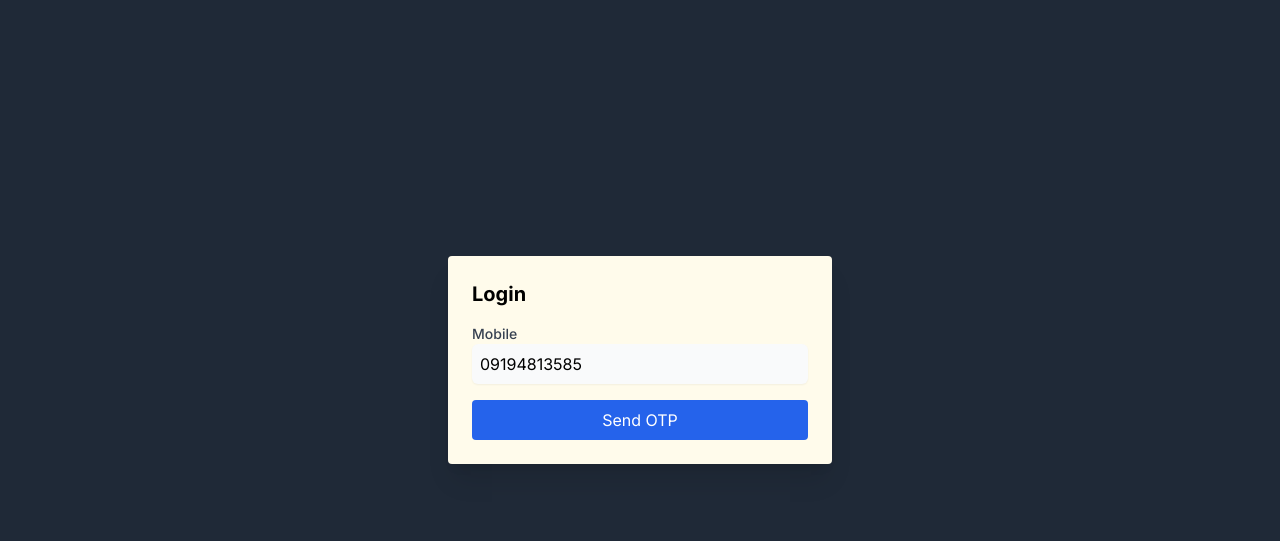
Repository: MaramMaryam/jedu
Page: /otp-login
These files come from the project's save history. The page is drawn as it stood at one moment and after the next save; the edit follows.
The browser window is 1280 px wide. The pictures show the whole page.
The project was rebuilt for these pictures with package versions that can differ from the ones it lists, and the page was loaded fresh each time. The framework's server and built-in components were replaced by stand-ins that run in the browser. Also part of the build but not shown: next.config.mjs.

Above is the page before, as saved 2024-09-01 13:18:10.

### src/app/otp-login/page.tsx
// 'use client'
// import React from "react";
// import { Formik, Form } from 'formik';
// import { TextInputBox } from '../components/forms/TextInputBox';
// import { loginOtpSchema } from "./validation";
// import { useRouter } from "next/navigation";
// import { Routes } from "../utils/endPoinrs";


// interface otp {
//   mobile: string,
// }
// export default function LoginOtp() {

//    const initVal: otp = { mobile: '09199999999' }
//    const router = useRouter();
//    const handleNavigation = (value:otp) => {
//     router.push(Routes.posts.POSTS); // Navigate to the About page
//     console.log(value)
//   };
//   return (
//     <div className="flex items-center justify-center min-h-screen bg-gray-800">
//         <Formik  initialValues={initVal}
//       validationSchema={loginOtpSchema}
//       onSubmit={handleNavigation}>
// {() => (
//         <Form className="bg-amber-50 p-6 rounded shadow-xl w-96">
//           <h1 className="text-xl font-bold mb-4">Login</h1>
//           <TextInputBox label="Mobile" name="mobile" type="text" placeholder="Enter your Mobile" />
//           <button type="submit" className="w-full bg-blue-600 text-white p-2 rounded hover:bg-blue-700">
//             Login
//           </button>
//         </Form>
//       )}
//         </Formik>

//   </div>
//   );
// }




















// pages/loginOtp.js
'use client';

import React, { useState } from "react";
import { Formik, Form } from 'formik';
import { TextInputBox } from '../components/forms/TextInputBox'; // Ensure this component exists
import { loginOtpSchema } from "./validation"; // Ensure this schema is defined
import { useRouter } from "next/navigation";
import { Routes } from "../utils/endPoinrs";
// Ensure this is the correct path

interface Otp {
  mobile: string;
}

export default function LoginOtp() {
  const [otpSent, setOtpSent] = useState();
  const [otp, setOtp] = useState('');
  const [generatedOtp, setGeneratedOtp] = useState('');
  const router = useRouter();

  const initVal: Otp = { mobile: '09194813585' };

  const handleSendOtp = (values: Otp) => {
    // Simulate OTP generation and sending
    console.log(values)
    const newOtp = Math.floor(100000 + Math.random() * 900000).toString(); // Generate a random 6-digit OTP
    setGeneratedOtp(newOtp);
    console.log(`OTP sent to ${values.mobile}: ${newOtp}`); // Simulate sending OTP
    setOtpSent(true);
  };

  const handleVerifyOtp = () => {
    // Simulate OTP verification
    if (otp === generatedOtp) {
      console.log("OTP verified successfully");
      // router.push(Routes.posts.POSTS); // Navigate to the posts page
    } else {
      console.error("Invalid OTP");
      alert("Invalid OTP. Please try again.");
    }
  };

  return (
    <div className="flex items-center justify-center min-h-screen bg-gray-800">
      <Formik
        initialValues={initVal}
        validationSchema={loginOtpSchema}
        onSubmit={otpSent ? handleVerifyOtp : handleSendOtp}
      >
        {() => (
          <Form className="bg-amber-50 p-6 rounded shadow-xl w-96">
            <h1 className="text-xl font-bold mb-4">Login</h1>
            <TextInputBox
              label="Mobile"
              name="mobile"
              type="text"
              placeholder="Enter your Mobile"
            />
            {otpSent && (
              <>
                <TextInputBox
                  label="OTP"
                  name="otp"
                  type="text"
                  placeholder="Enter OTP"
                  onChange={(e:any) => setOtp(e.target.value)}
                />
              </>
            )}
            <button
              type="submit"
              className="w-full bg-blue-600 text-white p-2 rounded hover:bg-blue-700"
            >
              {otpSent ? 'Verify OTP' : 'Send OTP'}
            </button>
          </Form>
        )}
      </Formik>
    </div>
  );
}

### src/app/components/QueryClient.tsx
'use client'
import { QueryClient, QueryClientProvider } from "@tanstack/react-query"

const queryClient = new QueryClient({
    // defaultOptions: {
    //     queries: {
    //         staleTime: 0, refetchIntervalInBackground: false,
    //         refetchInterval: false, refetchOnWindowFocus: false
    //     }
    // }
    defaultOptions: {
        queries: {
        //   cacheTime: 0,
          refetchOnWindowFocus: false,
          refetchOnMount: false,
          retry: false,
        },
        mutations: {
          retryDelay: 2000,
        },
      },
})

export const ReactQueryClientProvider = ({
    children,
}: { children: React.ReactNode; }
) => (
    <QueryClientProvider client={queryClient}>
        {children}
    </QueryClientProvider>
)
// Provide the client to your App

### src/app/components/forms/TextInputBox.tsx
import { useField } from 'formik';

interface MyTextInputProps {
  label: string;
  name: string;
  type?: string;
  placeholder?: string;
  id?: string
  onChange?:any
}

export const TextInputBox: React.FC<MyTextInputProps> = ({ label, ...props }) => {
  const [field, meta] = useField(props);

  return (
    <div className="mb-4 border-gray-950">
      <label htmlFor={props.id || props.name} className="block text-sm font-medium text-gray-700">
        {label}
      </label>
      <input
        className={`shadow-sm bg-gray-50 dark:bg-gray-200 dark:border-gray-600
            dark:placeholder-gray-400 px-2 py-2 dark:focus:ring-blue-500
            dark:focus:border-blue-500 focus:ring-indigo-500 focus:border-indigo-500 block w-full h-auto
             border-white rounded-md ${
          meta.touched && meta.error ? 'border-red-500' : ''
        }`}
        {...field}
        {...props}
      />
      {meta.touched && meta.error ? (
        <div className="text-red-500 text-sm">{meta.error}</div>
      ) : null}
    </div>
  );
};

### src/app/otp-login/validation.ts
import * as Yup from 'yup';

// export const loginOtpSchema = Yup.object().shape({
//   mobile: Yup.string()
//     .matches(/^(0[1-9]{1}[0-9]{9})$/, "Invalid phone number")
//     .required('Required'),
//   otp: Yup.string()
//     .min(6, 'otp must be at least 6 characters')
//     .required('Required'),
// });

export const loginOtpSchema = Yup.object().shape({
  mobile: Yup.string()
    .required('Mobile number is required')
    .matches(/^[0-9]{11}$/, 'Mobile number must be 10 digits'),
  otp: Yup.string()
    .length(6, 'OTP must be 6 digits').required()
    // .when('otpSent', {
    //   is: true,
    //   then: Yup.string().required('OTP is required'),
    //   otherwise: Yup.string().notRequired(),
    // }),
});

Loaded but not shown: src/app/layout.tsx (common file); src/app/globals.css (common file); tailwind.config.ts (common file)

After the next save:
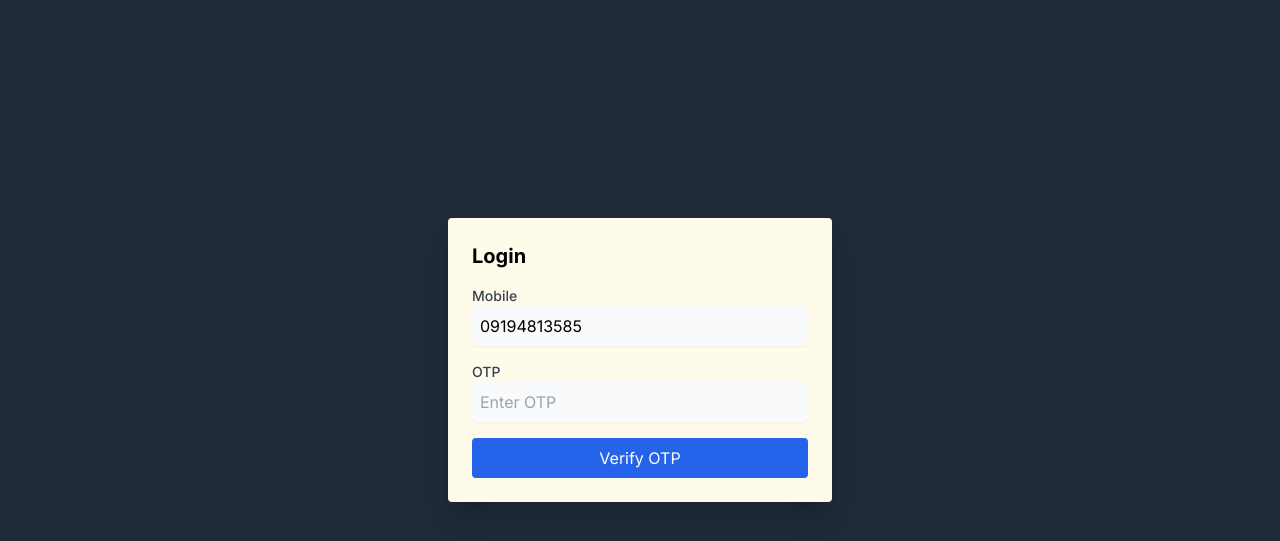
Saved 7 s later.
--- a/src/app/otp-login/page.tsx
+++ b/src/app/otp-login/page.tsx
@@ -73,7 +73,7 @@
 }
 
 export default function LoginOtp() {
-  const [otpSent, setOtpSent] = useState();
+  const [otpSent, setOtpSent] = useState(true);
   const [otp, setOtp] = useState('');
   const [generatedOtp, setGeneratedOtp] = useState('');
   const router = useRouter();

After the 2 saves that followed:
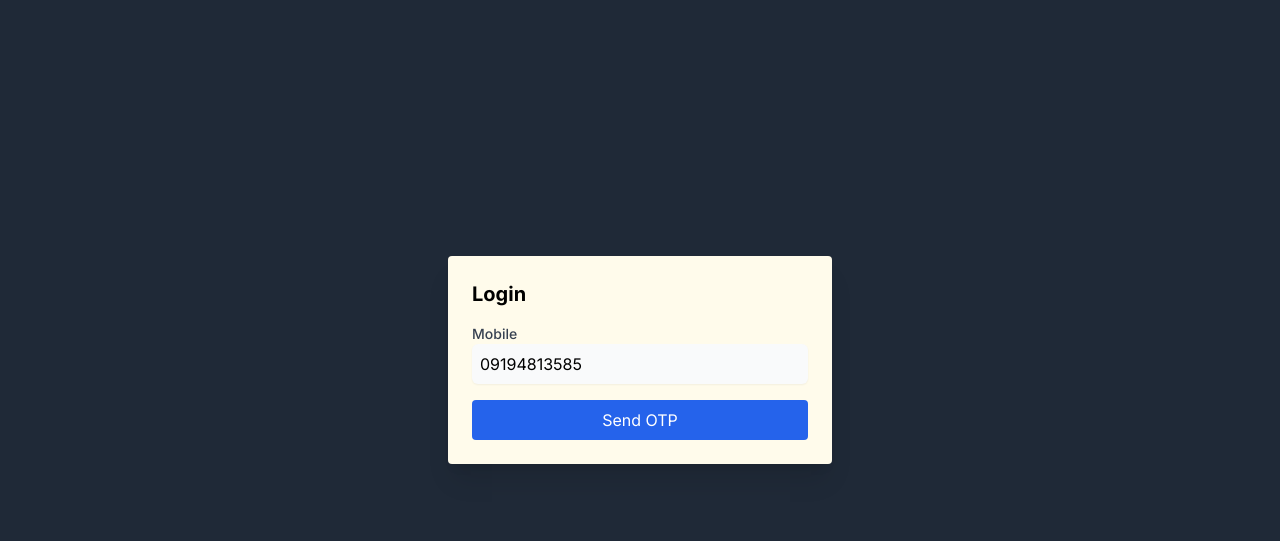
The 2 saves are shown as one change because they came seconds apart.
The last was saved 30 s later.
--- a/src/app/otp-login/page.tsx
+++ b/src/app/otp-login/page.tsx
@@ -73,7 +73,7 @@
 }
 
 export default function LoginOtp() {
-  const [otpSent, setOtpSent] = useState(true);
+  const [otpSent, setOtpSent] = useState(false);
   const [otp, setOtp] = useState('');
   const [generatedOtp, setGeneratedOtp] = useState('');
   const router = useRouter();
